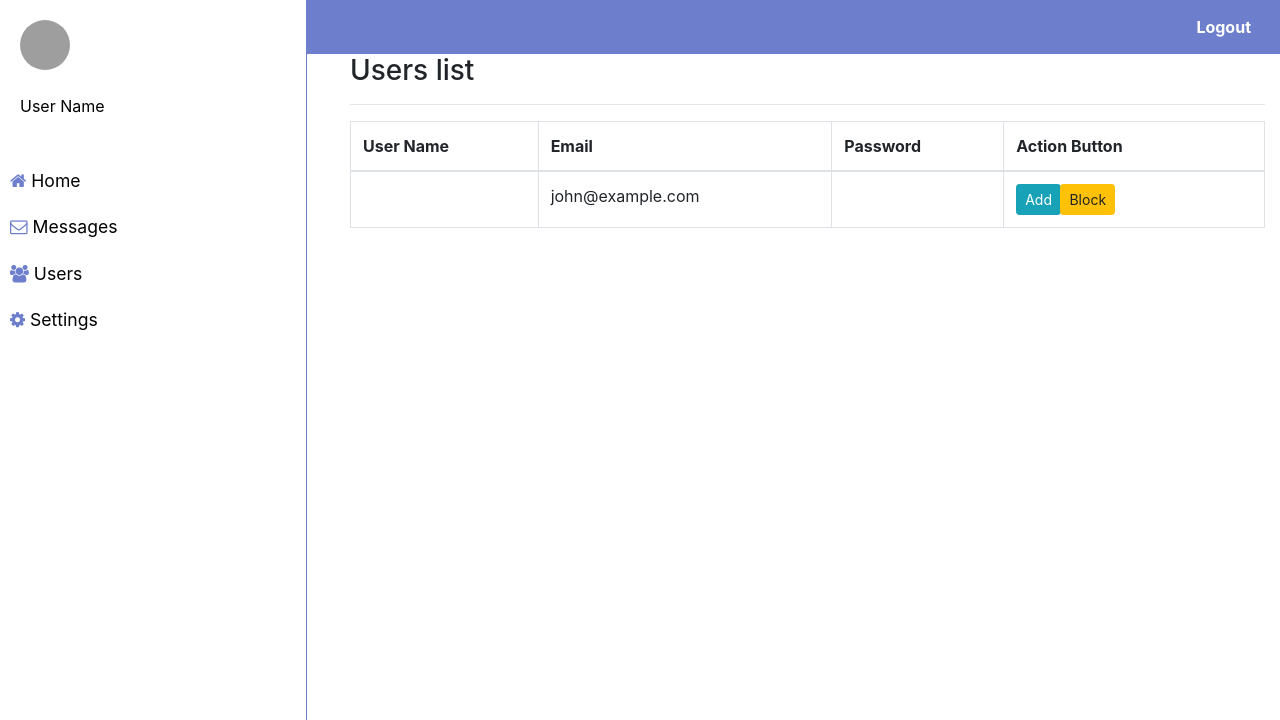
Repository: Evelyn-kate/chatapp-frontend-backend
Page: /users (app in my-app/)
An editor plug-in stored every save of this project. The page is shown before and after the next save, followed by the edit.
The browser window is 1280 px wide. The pictures show the whole page.
Pictures or frames that could not be fetched are drawn as grey boxes. Some web libraries are served in a nearby version. The project was rebuilt for these pictures with package versions that can differ from the ones it lists, and the page was loaded fresh each time. Also part of the build but not shown: my-app/src/components/WelcomeComponent.jsx, my-app/src/components/LoginComponent.jsx, my-app/src/components/WelcomedComponent.jsx, my-app/src/components/SettingsComponent.jsx, my-app/src/components/MessageComponent.jsx, my-app/src/components/AddComponent.jsx.

Above is the page before, as saved 2020-11-13 15:00:42.

After the next save:
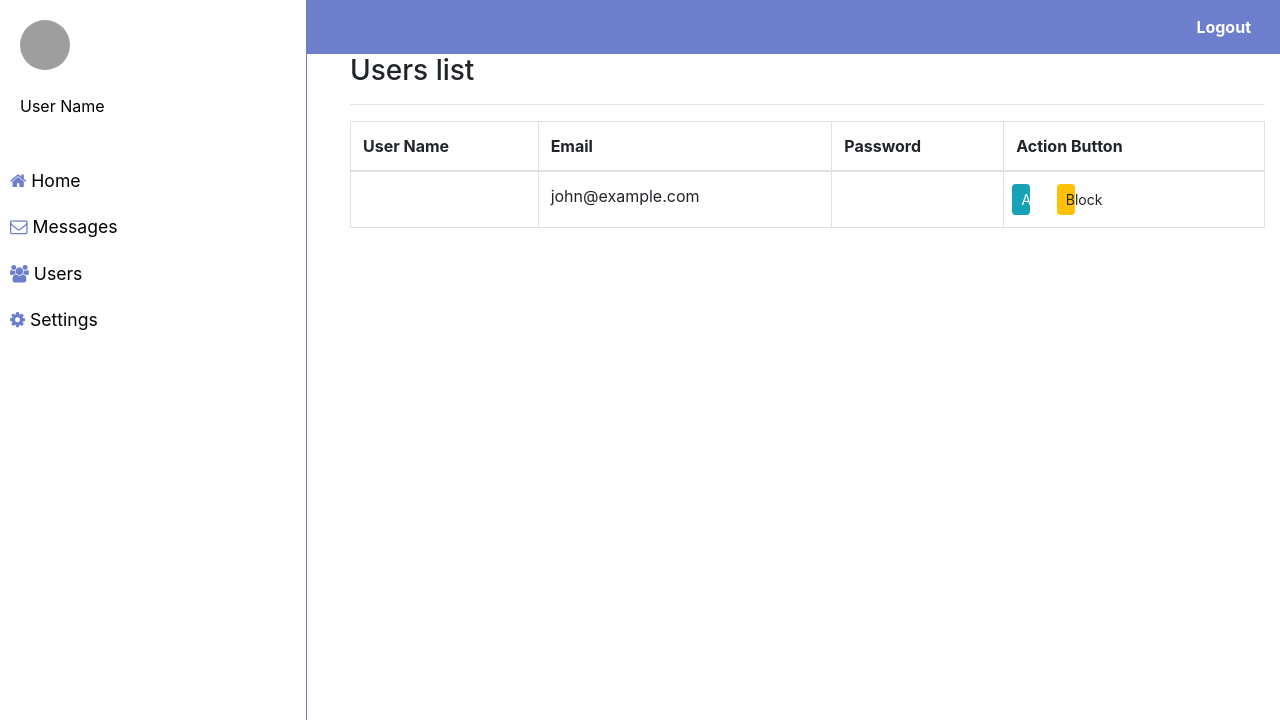
Saved 101 s later.
--- a/my-app/src/components/UserComponent.jsx
+++ b/my-app/src/components/UserComponent.jsx
@@ -55,10 +55,10 @@ class UserComponent extends React.Component {
                                                     <td>
                                                         <div className="row">
                                                             <div className="col-2">
-                                                                <a href="#" class="btn btn-sm btn-info">Add<a href="/users/add"></a></a>
+                                                                <button className="btn btn-sm btn-info">Add<a href="/users/add"></a></button>
                                                             </div>
                                                             <div className="col-2">
-                                                                <a href="#" class="btn btn-sm btn-warning">Block</a>
+                                                                <button className="btn btn-sm btn-warning">Block</button>
                                                             </div>
                                                         </div>
                                                     </td>
